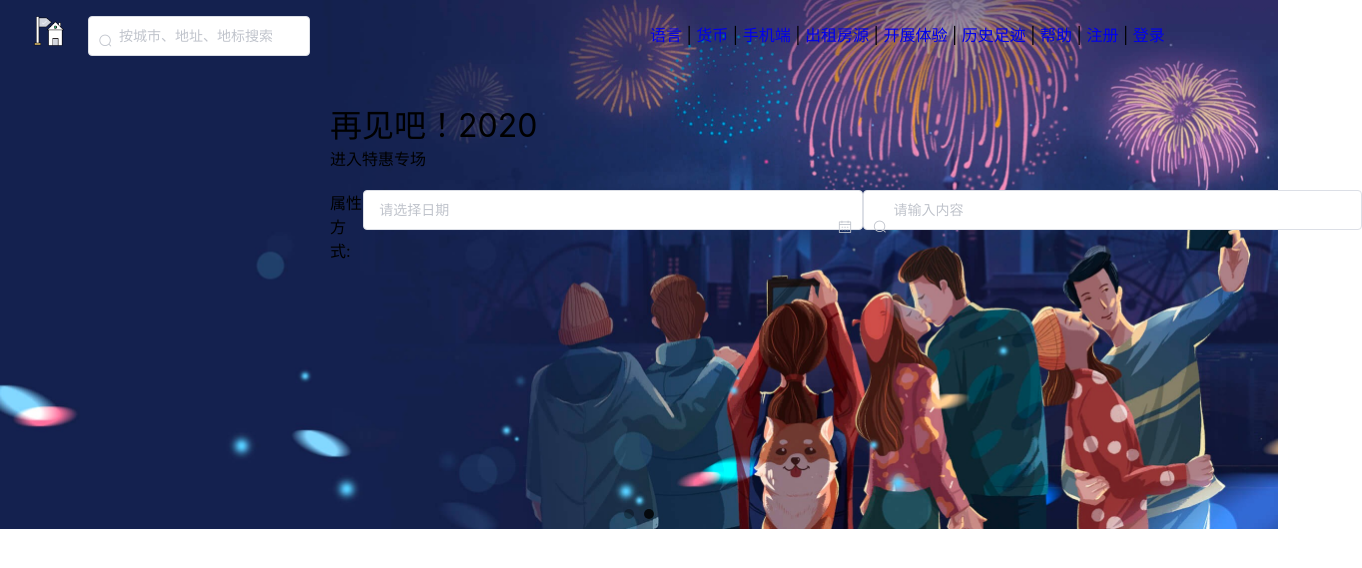
Repository: yz1181214391/my-airbnb
Page: /
An editor plug-in stored every save of this project. The page is shown before and after the next save, followed by the edit.
The browser window is 1280 px wide. The page is 1362 px wide, so the pictures cover 1362 px, including what lies to the right of the window. The pictures show the whole page.
The project was rebuilt for these pictures with package versions that can differ from the ones it lists, and the page was loaded fresh each time. Also part of the build but not shown: src/views/Language.vue, src/views/Currency.vue, src/views/Enter.vue, src/views/Experience.vue, src/views/Help.vue, src/views/History.vue, src/views/Mobile.vue, src/views/Register.vue and 1 more.

Above is the page before, as saved 2020-12-09 16:45:15.

After the next save:
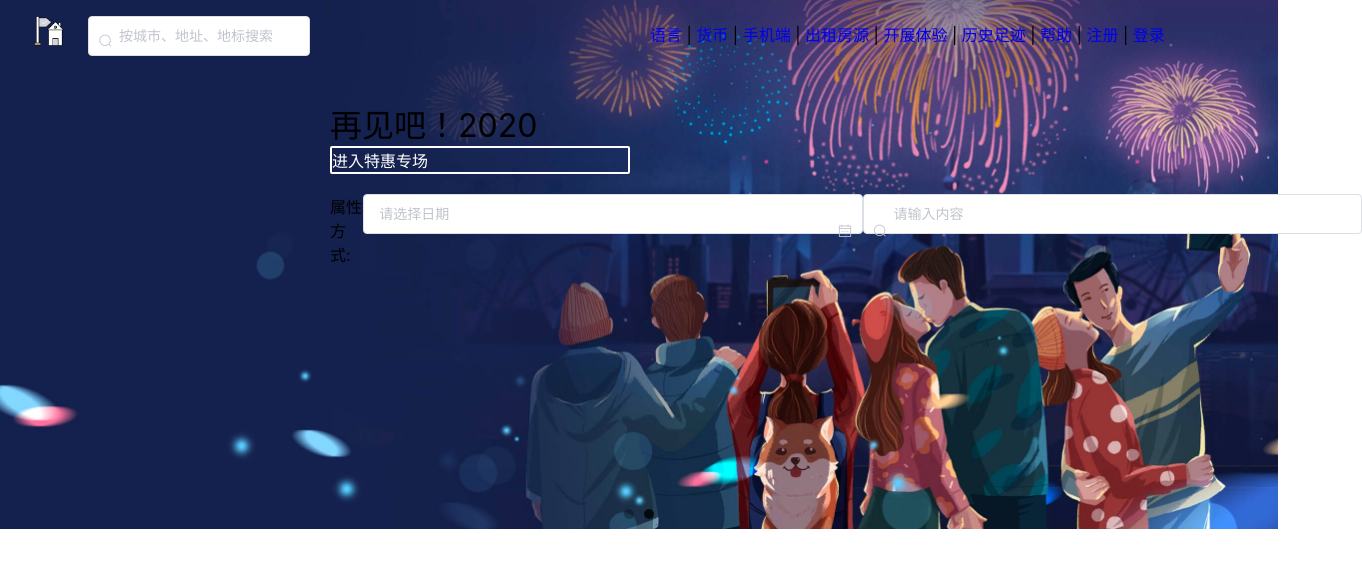
Saved 115 s later.
--- a/src/components/Header.vue
+++ b/src/components/Header.vue
@@ -25,7 +25,7 @@
         <el-col :span="6" :offset="6">
           <div class="grid-content bg-purple">
             <h1 style="font-size:32px">再见吧！2020</h1>
-            <div>进入特惠专场</div>
+            <div style="border:2px solid #ffff;border-radius:2px;color:#fff">进入特惠专场</div>
           </div>
         </el-col>
         <el-col :span="6" :offset="6"><div class="grid-content bg-purple"></div></el-col>
@@ -74,6 +74,7 @@ export default {
 .airbnb-box{
     width: 100%;
     height: 529px;
+
     // background-color: #cccccc;
   }
 
